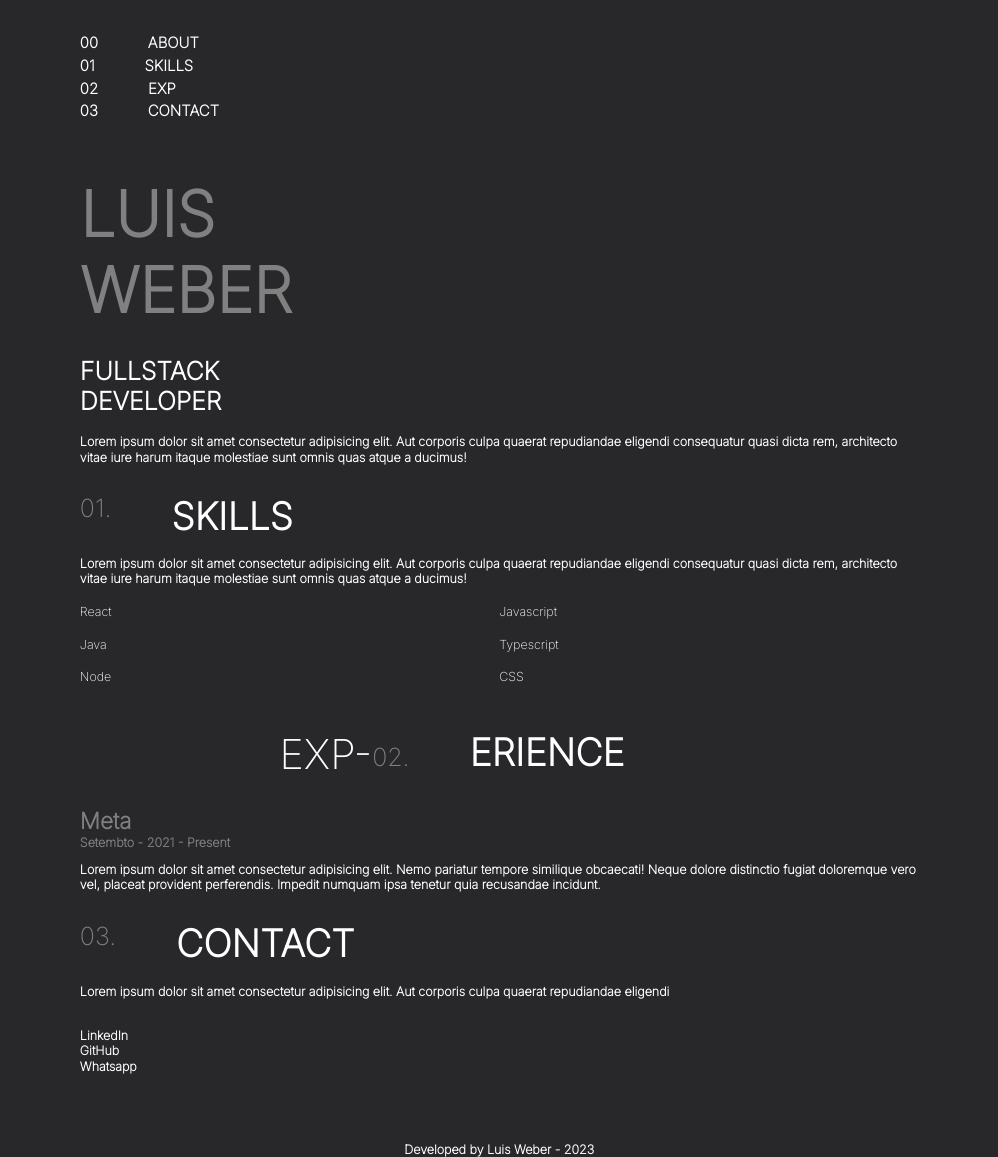
Repository: luiswh1/Portfolio
Page: /
The author's editor kept a copy of each file at every save. The page is drawn from the files as they stood at one save, then again after the next save.
The browser window is 1280 px wide. The pictures show the whole page, at 78% of full size.
The project was rebuilt for these pictures with package versions that can differ from the ones it lists, and the page was loaded fresh each time.

Above is the page before, as saved 2023-05-31 19:24:43.

After the next save:
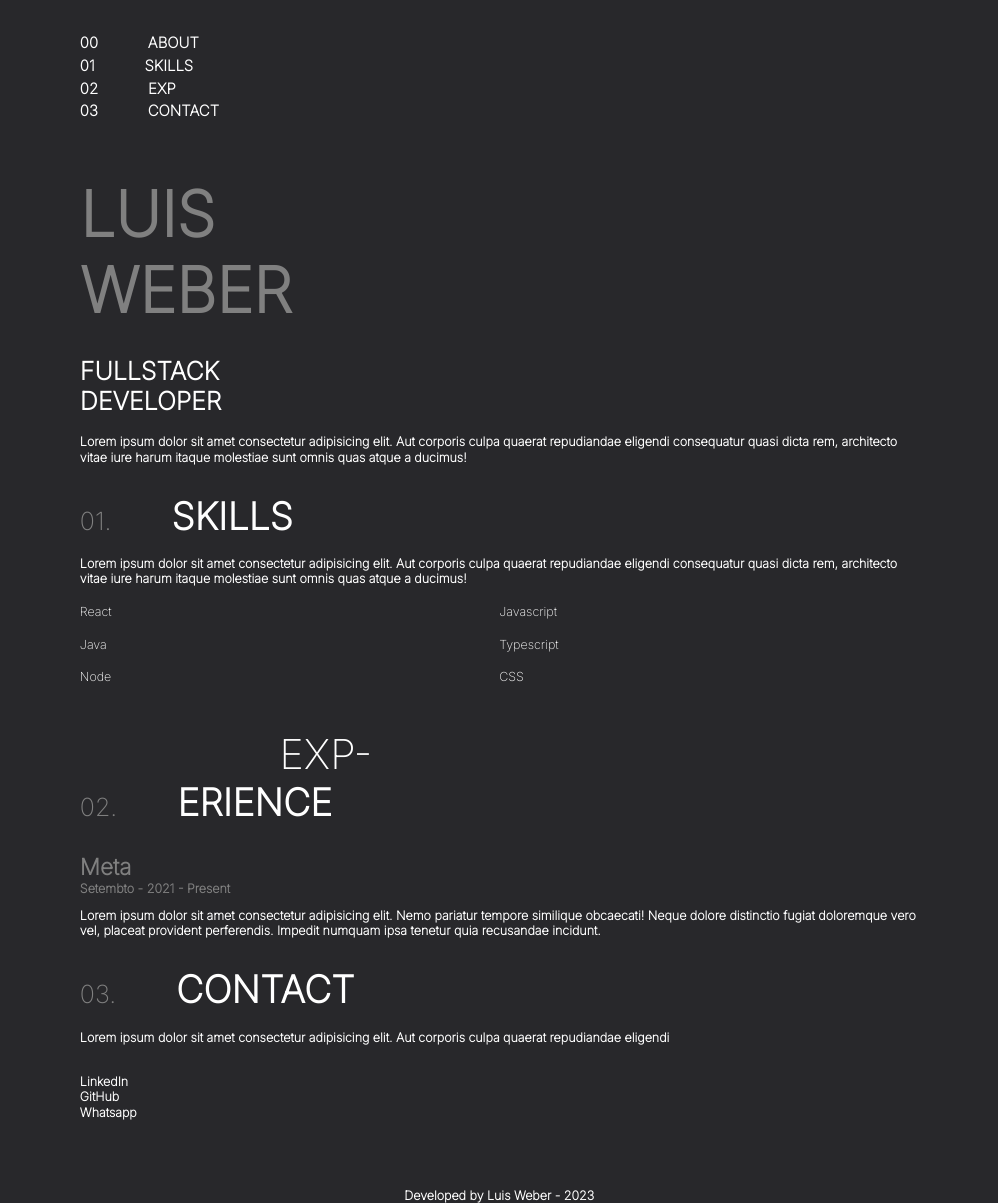
Saved 14 s later.
--- a/src/Pages/HomeStyles.tsx
+++ b/src/Pages/HomeStyles.tsx
@@ -33,7 +33,7 @@ font-weight: bold;
 `
 export const LabelTitle = styled.div`
 margin-top: 5vh;
-display: flex;
+display: block;
 `
 
 export const NumberIndex = styled.span`
